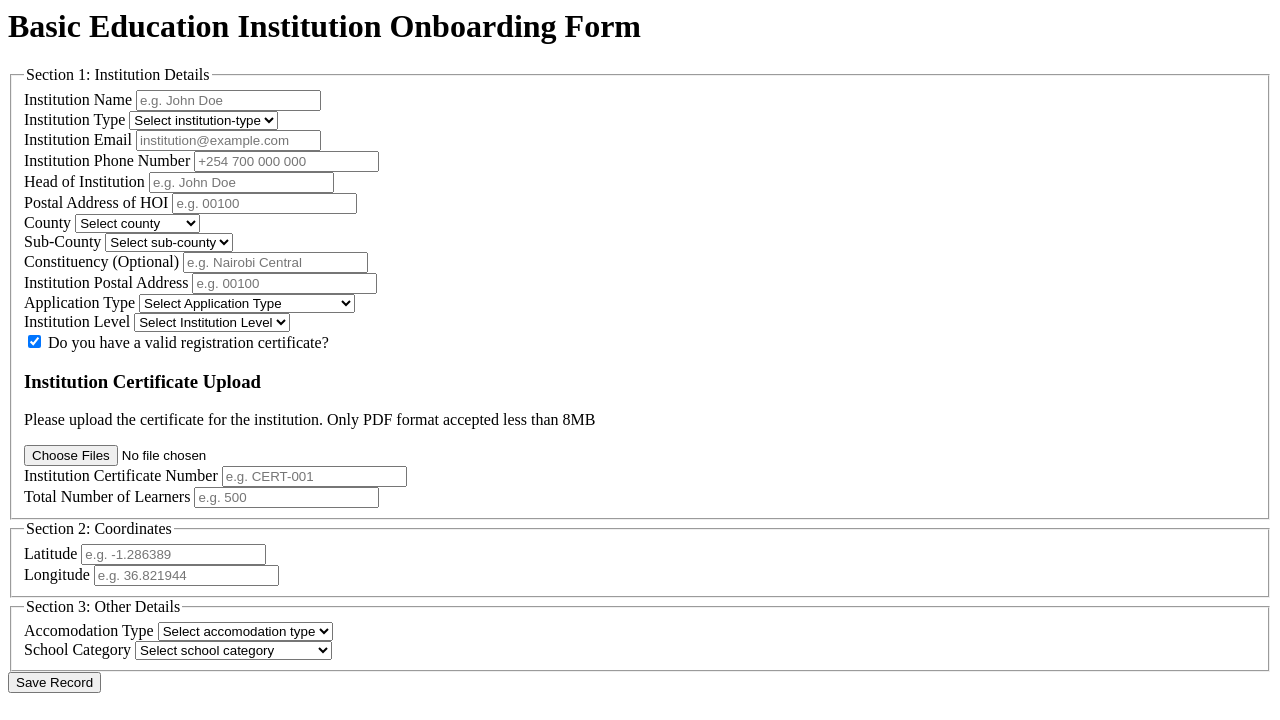
Repository: ndirituart/KEMIS
Page: angular-client/src/app/pages/basic-education/basic-education.html
These files come from the project's save history. The page is drawn as it stood at one moment and after the next save; the edit follows.
The browser window is 1280 px wide. The pictures show the whole page.

Above is the page before, as saved 2026-10-20 21:48:30.

### angular-client/src/app/pages/basic-education/basic-education.html
<div class="kemis-form-wrapper">
<form class="kemis-form" (ngSubmit)="onSubmit()" #myForm="ngForm">
<h1 class="text-center mb-4">Basic Education Institution Onboarding Form</h1>
  <!-- ========================================== -->
  <!-- Section 1: Institution Details                -->
  <!-- ========================================== -->
  <fieldset class="mb-4 p-3 border rounded">
    <legend class="float-none w-auto px-2 fs-5 fw-bold text-primary">Section 1: Institution Details</legend>

    <div class="row g-3">
      <!-- Institution Name -->
      <div class="col-md-6">
        <label for="fullName" class="form-label fw-semibold">Institution Name</label>
        <input type="text" class="form-control" id="fullName" name="fullName" placeholder="e.g. John Doe" required>
      </div>

      <!-- Type of School based on Gender -->
      <div class="col-md-6">
        <label for="institution-type" class="form-label fw-semibold">Institution Type</label>
        <select class="form-select" id="institution-type" name="institution-type" required>
          <option value="" disabled selected>Select institution-type</option>
          <option value="Boy's School">Boy's School</option>
          <option value="Girl's School">Girl's School</option>
          <option value="Mixed School">Mixed School</option>
        </select>
      </div>

      <!-- Institution Email -->
      <div class="col-md-6">
        <label for="emailId" class="form-label fw-semibold">Institution Email</label>
        <input type="email" class="form-control" id="emailId" name="emailId" placeholder="institution@example.com" required>
      </div>

      <!-- Institution Phone Number -->
      <div class="col-md-6">
        <label for="phoneNumber" class="form-label fw-semibold">Institution Phone Number</label>
        <input type="tel" class="form-control" id="phoneNumber" name="phoneNumber" placeholder="+254 700 000 000" required>
      </div>

      <!-- Head of Institution -->
      <div class="col-md-6">
        <label for="headOfInstitution" class="form-label fw-semibold">Head of Institution</label>
        <input type="text" class="form-control" id="headOfInstitution" name="headOfInstitution" placeholder="e.g. John Doe" required>
      </div>

      <!-- Postal Address of HOI -->
      <div class="col-md-6">
        <label for="postalAddressHoi" class="form-label fw-semibold">Postal Address of HOI</label>
        <input type="text" class="form-control" id="postalAddressHoi" name="postalAddressHoi" placeholder="e.g. 00100" required>
      </div>

      <!--County List-->
      <div class="col-md-6">
        <label for="county" class="form-label fw-semibold">County</label>
        <select class="form-select" id="county" name="county" required>
          <option value="" disabled selected>Select county</option>
      <option value="baringo">Baringo</option>
      <option value="bomet">Bomet</option>
      <option value="bungoma">Bungoma</option>
      <option value="busia">Busia</option>
      <option value="elgeyo marakwet">Elgeyo Marakwet</option>
      <option value="embu">Embu</option>
      <option value="garissa">Garissa</option>
      <option value="homa bay">Homa Bay</option>
      <option value="isiolo">Isiolo</option>
      <option value="kajiado">Kajiado</option>
      <option value="kakamega">Kakamega</option>
      <option value="kericho">Kericho</option>
      <option value="kiambu">Kiambu</option>
      <option value="kilifi">Kilifi</option>
      <option value="kirinyaga">Kirinyaga</option>
      <option value="kisii">Kisii</option>
      <option value="kisumu">Kisumu</option>
      <option value="kitui">Kitui</option>
      <option value="kwale">Kwale</option>
      <option value="laikipia">Laikipia</option>
      <option value="lamu">Lamu</option>
      <option value="machakos">Machakos</option>
      <option value="makueni">Makueni</option>
      <option value="mandera">Mandera</option>
      <option value="meru">Meru</option>
      <option value="migori">Migori</option>
      <option value="marsabit">Marsabit</option>
      <option value="mombasa">Mombasa</option>
      <option value="muranga">Muranga</option>
      <option value="nairobi">Nairobi</option>
      <option value="nakuru">Nakuru</option>
      <option value="nandi">Nandi</option>
      <option value="narok">Narok</option>
      <option value="nyamira">Nyamira</option>
      <option value="nyandarua">Nyandarua</option>
      <option value="nyeri">Nyeri</option>
      <option value="samburu">Samburu</option>
      <option value="siaya">Siaya</option>
      <option value="taita taveta">Taita Taveta</option>
      <option value="tana river">Tana River</option>
      <option value="tharaka nithi">Tharaka Nithi</option>
      <option value="trans nzoia">Trans Nzoia</option>
      <option value="turkana">Turkana</option>
      <option value="uasin gishu">Uasin Gishu</option>
      <option value="vihiga">Vihiga</option>
      <option value="wajir">Wajir</option>
      <option value="pokot">West Pokot</option>
  </select>
      </div>

      <!--TO-DO: Nestsed array for Sub-County List dependent on county chosen-->
      <div class="col-md-6">
        <label for="subCounty" class="form-label fw-semibold">Sub-County</label>
        <select class="form-select" id="subCounty" name="subCounty" required>
          <option value="" disabled selected>Select sub-county</option>
        </select>
      </div>

      <!--Constituency Name OPTIONAL-->
      <div class="col-md-6">
        <label for="constituency" class="form-label fw-semibold">Constituency (Optional)</label>
        <input type="text" class="form-control" id="constituency" name="constituency" placeholder="e.g. Nairobi Central">
      </div>

      <!--Institution Postal Address-->
      <div class="col-md-6">
        <label for="postalAddressInstitution" class="form-label fw-semibold">Institution Postal Address</label>
        <input type="text" class="form-control" id="postalAddressInstitution" name="postalAddressInstitution" placeholder="e.g. 00100" required>
      </div>

       <!-- Application Type -->
      <div class="col-md-6">
        <label for="application-type" class="form-label fw-semibold">Application Type</label>
        <select class="form-select" id="application-type" name="application-type" required>
          <option value="" disabled selected>Select Application Type</option>
          <option value="Regular School">Regular School</option>
          <option value="Regular School with Special Unit">Regular School with Special Unit</option>
          <option value="Special School">Special School</option>
        </select>
      </div>

       <!-- Institution Level -->
      <div class="col-md-6">
        <label for="institution-level" class="form-label fw-semibold">Institution Level</label>
        <select class="form-select" id="institution-level" name="institution-level" required>
          <option value="" disabled selected>Select Institution Level</option>
          <option value="Pre-Primary">Pre-Primary</option>
          <option value="Primary">Primary</option>
          <option value="Secondary">Secondary</option>
          <option value="High School">High School</option>
        </select>
      </div>

      <!-- Boolean Toggle (Switch) -->
      <div class="col-12 mt-3">
        <div class="form-check form-switch">
          <input class="form-check-input" type="checkbox" role="switch" id="isActive" name="isActive" checked>
          <label class="form-check-label fw-semibold" for="isActive">Do you have a valid registration certificate?</label>
        </div>
      </div>

      <!--Certificate Upload-->
      <div class="upload">
        <h3>Institution Certificate Upload</h3>
        <p class="upload__description">Please upload the certificate for the institution. Only PDF format accepted less than 8MB </p>
        <input class="upload__input" id="certificate_pdf" type="file" multiple />
        <div class="upload__files">
        </div>
      </div>

      <!--Institution Certificate Number-->
      <div class="col-md-6">
        <label for="certificateNumber" class="form-label fw-semibold">Institution Certificate Number</label>
        <input type="text" class="form-control" id="certificateNumber" name="certificateNumber" placeholder="e.g. CERT-001" required>
      </div>

      <!--Total Number of Learners-->
      <div class="col-md-6">
        <label for="totalLearners" class="form-label fw-semibold">Total Number of Learners</label>
        <input type="number" class="form-control" id="totalLearners" name="totalLearners" placeholder="e.g. 500" required>
      </div>

    </div>
  </fieldset>

  <!-- ========================================== -->
  <!-- SECTION 2: Coordinates            -->
  <!-- ========================================== -->
  <fieldset class="mb-4 p-3 border rounded">
    <legend class="float-none w-auto px-2 fs-5 fw-bold text-primary">Section 2: Coordinates</legend>

    <div class="row g-3">
      <!-- Latitude -->
      <div class="col-md-6">
        <label for="latitude" class="form-label fw-semibold">Latitude</label>
        <input type="number" class="form-control" id="latitude" name="latitude" placeholder="e.g. -1.286389" required>
      </div>

      <!-- Longitude -->
      <div class="col-md-6">
        <label for="longitude" class="form-label fw-semibold">Longitude</label>
        <input type="number" class="form-control" id="longitude" name="longitude" placeholder="e.g. 36.821944" required>
      </div>


    </div>
  </fieldset>

  <!-- ========================================== -->
  <!-- SECTION 3: Other Details                -->
  <!-- ========================================== -->
  <fieldset class="mb-4 p-3 border rounded">
    <legend class="float-none w-auto px-2 fs-5 fw-bold text-primary">Section 3: Other Details</legend>

    <div class="row g-3">

      <!-- Accomodation Type -->
      <div class="col-md-6">
        <label for="accomodation-type" class="form-label fw-semibold">Accomodation Type</label>
        <select class="form-select" id="accomodation-type" name="accomodation-type" required>
          <option value="" disabled selected>Select accomodation type</option>
          <option value="Day">Day</option>
          <option value="Boarding">Boarding</option>
          <option value="Hybrid">Hybrid</option>
        </select>
      </div>

      <!-- School Category -->
      <div class="col-md-6">
        <label for="school-category" class="form-label fw-semibold">School Category</label>
        <select class="form-select" id="school-category" name="school-category" required>
          <option value="" disabled selected>Select school category</option>
          <option value="Private">Private</option>
          <option value="Public">Public</option>
          <option value="Refugee Camp-based School">Refugee Camp-based School</option>
        </select>
      </div>
    </div>
  </fieldset>

  <!-- Submit Button -->
  <div class="d-grid gap-2 mt-4">
    <button type="submit" class="btn btn-primary btn-lg">Save Record</button>
  </div>

</form>
</div>

After the next save:
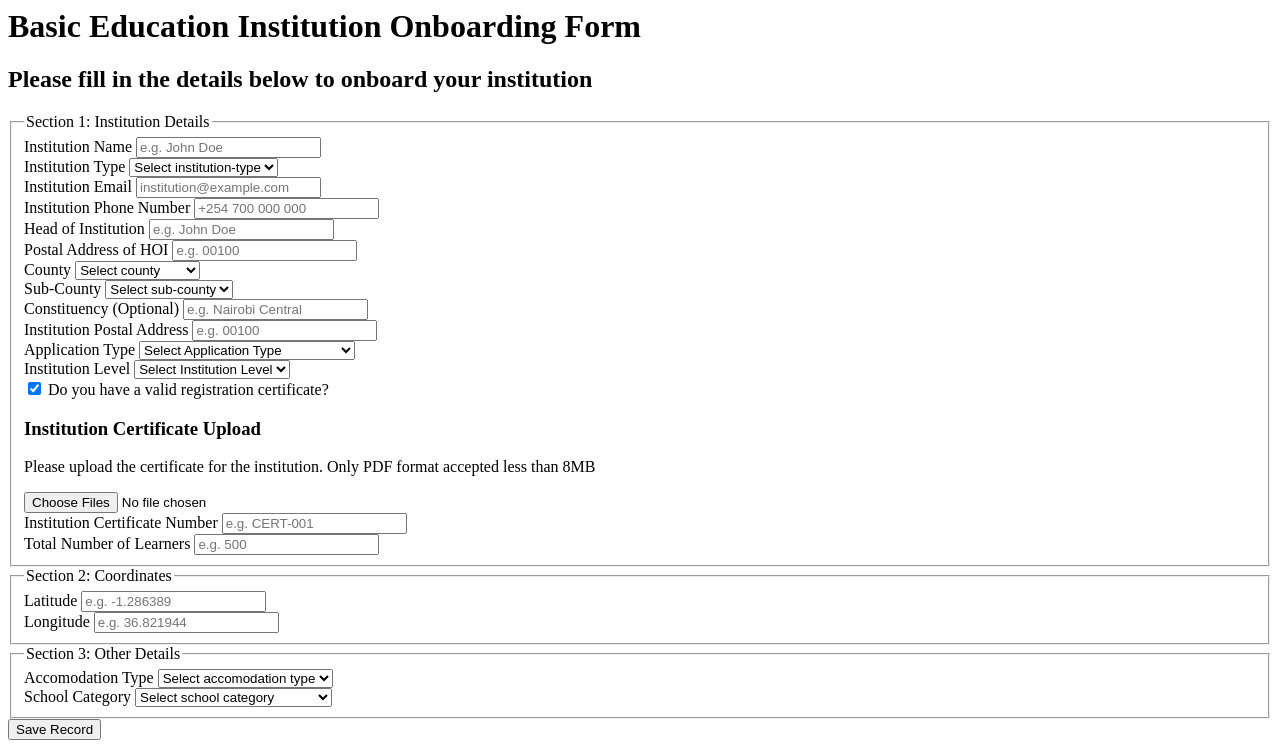
Saved 28 s later.
--- a/angular-client/src/app/pages/basic-education/basic-education.html
+++ b/angular-client/src/app/pages/basic-education/basic-education.html
@@ -1,6 +1,7 @@
 <div class="kemis-form-wrapper">
 <form class="kemis-form" (ngSubmit)="onSubmit()" #myForm="ngForm">
 <h1 class="text-center mb-4">Basic Education Institution Onboarding Form</h1>
+<h2 class="text-center mb-4">Please fill in the details below to onboard your institution</h2>
   <!-- ========================================== -->
   <!-- Section 1: Institution Details                -->
   <!-- ========================================== -->
